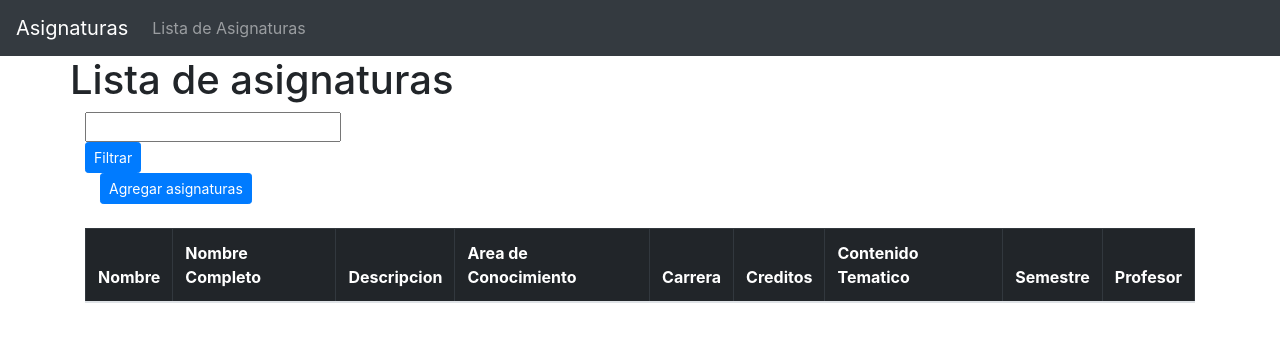
Repository: HennysTous/SpringBoot-MVC-API
Page: http://localhost/asignaturas
The author's editor kept a copy of each file at every save. The page is drawn from the files as they stood at one save, then again after the next save.
The browser window is 1280 px wide. The pictures show the whole page.
The page is this project's Thymeleaf template; nobody is signed in. The template is opened directly, without the code that normally fills it, so the values that code supplies are empty.

Above is the page before, as saved 2023-07-10 16:45:49.

After the next save:
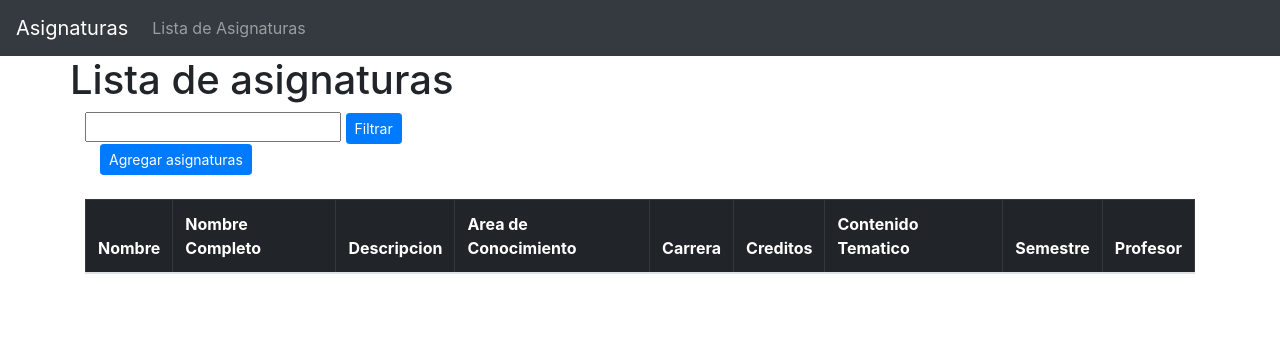
Saved 13 s later.
--- a/AsignaturasCRUDMVC/src/main/resources/templates/asignaturas.html
+++ b/AsignaturasCRUDMVC/src/main/resources/templates/asignaturas.html
@@ -26,12 +26,12 @@
 			<h1>Lista de asignaturas</h1>
 		</div>
 		<div class="row">
-		   <div class="col-lg-3">
+		   <div class="col">
 		     <form th:action="@{/asignaturas}" method="GET">
 				 <input id="txtFiltrar" type="text" name="filtrar">
 				 <button type="submit" class="btn btn-primary btn-sm mb3">Filtrar</button>
 			 </form>
-			 <div class="col-lg-3">
+			 <div class="col">
 		     <a th:href="@{/asignaturas/nuevo}" class="btn btn-primary btn-sm mb3">Agregar asignaturas</a>
 		   </div>
 		   </div>

After the 2 saves that followed:
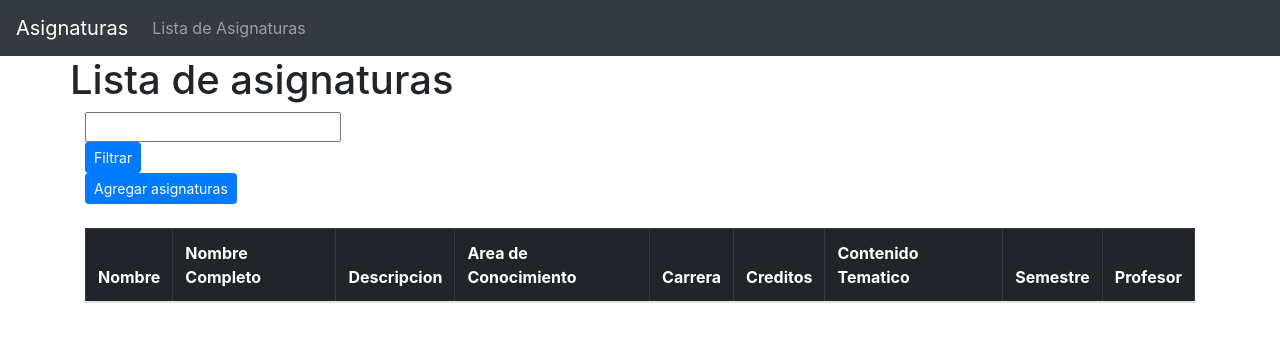
The 2 saves are shown as one change because 1 left the picture as it was.
The last was saved 45 s later.
--- a/AsignaturasCRUDMVC/src/main/resources/templates/asignaturas.html
+++ b/AsignaturasCRUDMVC/src/main/resources/templates/asignaturas.html
@@ -26,14 +26,16 @@
 			<h1>Lista de asignaturas</h1>
 		</div>
 		<div class="row">
-		   <div class="col">
+		   <div class="col-lg-3">
 		     <form th:action="@{/asignaturas}" method="GET">
 				 <input id="txtFiltrar" type="text" name="filtrar">
 				 <button type="submit" class="btn btn-primary btn-sm mb3">Filtrar</button>
 			 </form>
-			 <div class="col">
+		   </div>
+		</div>
+		<div class="row">
+		   <div class="col-lg-3">
 		     <a th:href="@{/asignaturas/nuevo}" class="btn btn-primary btn-sm mb3">Agregar asignaturas</a>
-		   </div>
 		   </div>
 		</div>
 
